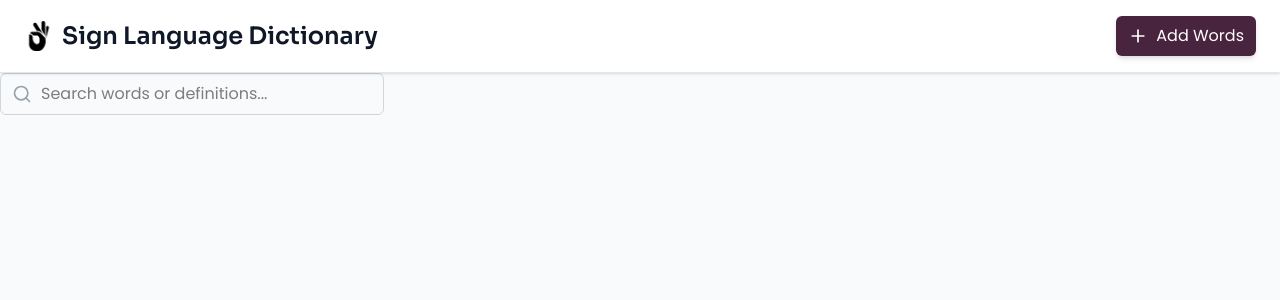
Repository: jabir12-12/sign-setu
Page: /
These files come from the project's save history. The page is drawn as it stood at one moment and after the next save; the edit follows.
The browser window is 1280 px wide. The pictures show the whole page.
The project was rebuilt for these pictures with package versions that can differ from the ones it lists, and the page was loaded fresh each time. The framework's server and built-in components were replaced by stand-ins that run in the browser. Also part of the build but not shown: next.config.ts.

Above is the page before, as saved 2025-05-27 16:18:21.

### app/page.tsx
'use client';
import React from 'react';
import Image from 'next/image';
import { Plus, Search } from 'lucide-react';

export default function StockDashboard() {
  return (
    <div className="bg-gray-50 min-h-screen flex flex-col">
      {/* Header */}
      <header className="sticky top-0 z-10 flex flex-wrap justify-between items-center px-4 md:px-6 py-3 md:py-4 bg-white border-b border-gray-200 shadow-sm">
        {/* Left: Logo & Title */}
        <div className="flex items-center space-x-2 mb-2 md:mb-0 justify-center">
          <Image
            src="/images/ok.png"
            alt="Logo icon"
            width={30}
            height={30}
          />
          <h1 className="text-gray-900 font-semibold text-lg md:text-2xl whitespace-nowrap">
            Sign Language Dictionary
          </h1>
        </div>

        {/* Right: Add Button */}
        <div className="flex items-center gap-2">
          <button className="bg-[#49243E] text-white px-3 py-2 rounded-full md:rounded-md flex items-center justify-center hover:bg-[#704264] transition-colors duration-200 shadow-md hover:shadow-md">
            <Plus className="w-5 h-5" />
            <span className="hidden md:inline ml-2">Add Words</span>
          </button>
        </div>
      </header>
      {/* Main content */}
      <div className="relative w-full max-w-sm">
        <span className="absolute inset-y-0 left-0 pl-3 flex items-center text-gray-400">
          <Search className="w-5 h-5" />
        </span>
        <input
          type="text"
          placeholder="Search words or definitions..."
          className="w-full pl-10 pr-4 py-2 border border-gray-300 rounded-md focus:outline-none focus:ring-2 focus:ring-[#49243E] focus:border-[#49243E] hover:border-gray-400 transition-all duration-200"
        />
      </div>
    </div>
  );
}

### app/globals.css
@import url('https://fonts.googleapis.com/css2?family=Poppins:wght@400;500;600&family=Inter:wght@400;500;600&family=Sora:wght@400;500;600;700;800&display=swap');
@import url('https://fonts.googleapis.com/css2?family=Inter:wght@400;700&display=swap');

@import "tailwindcss";

body {
  background-color: #f7f8fb;
  margin: 0;
  padding: 0;
  font-family: 'Poppins', sans-serif;
  justify-content: center;
  align-items: center;
  height: 100vh;
}

.video-js .vjs-playback-rate {
  font-size: 10px;
  transform: translateY(12px);
  /* Moves the button down by 10px */

}

.heading .head {
  font-family: 'Sora', sans-serif;
  font-size: 24px;
  /* Example size */
  font-weight: 700;
}

/* Example for other headings if needed */
h1,
h2,
h3,
h4,
h5,
h6 {
  font-family: 'Sora', sans-serif;
}

h3 {
  font-size: 18px;
  font-weight: 600;
}

/* Ensure that other text elements use Poppins */
p,
span,
div {
  font-family: 'Poppins', sans-serif;
}

.button {
  outline: none;
}

/* Custom scrollbar styles */

::-webkit-scrollbar {
  width: 7px;
  height: 7px;
}

::-webkit-scrollbar-thumb {
  background-color: rgba(234, 236, 240, 1);
  ;

  border-radius: 100px;
}

::-webkit-scrollbar-track {
  background: "white";

}

/* THIS IS FOR TEXT-EDITOR IN DISSCUSSION TAB --------------------------*/
.custom-quill .ql-container {
  border: none !important;
  /* Remove the border from the container */
}

.custom-quill .ql-editor {
  border: none !important;
  /* Ensure no border around the editor */
}

.custom-quill:focus {
  outline: none;
  /* Remove outline on focus */
}

.custom-quill .ql-editor {
  font-size: 16px;
  /* Set text size to 16px */
  font-family: 'Poppins', sans-serif;
  font-style: normal;
  /* Use the Poppins font */

}

.custom-quill .ql-editor:empty::before {

  /* Show placeholder */
  color: #667085;
  /* Placeholder color */
  font-family: 'Poppins', sans-serif;
  font-style: normal;
  /* Poppins font for placeholder */
  font-size: 16px;
  /* Placeholder size */
  position: absolute;
  /* Position it absolutely */
  left: 10px;
  /* Adjust according to your padding */
  top: 10px;
  /* Adjust according to your padding */
  pointer-events: none;
  /* Prevent interaction */
}

.custom-quill .ql-editor:focus::before {
  display: none;
  /* Hide placeholder on focus */
}

/* -------------------------------------------------- */
/* FOR TOOLTIP FOR TEST PAGE ONLY ->learn Tab */


.tooltipText {
  position: absolute;
  color: white;
  bottom: 125%;
  /* Position above the button */
  left: 50%;
  /* Center horizontally */
  transform: translateX(-50%);
  /* Adjust to center the tooltip */

  z-index: 3;
  background-color: #131313;
  box-shadow: 0 5px 10px rgba(0, 0, 0, 0.3);
  padding: 6px 14px;
  /* Padding inside the tooltip */
  width: 204px;
  /* Fixed width */
  height: auto;
  /* Hug content (height grows with content) */
  min-height: 78px;
  /* Minimum height */
  font-size: 15px;
  font-weight: 400;
  border-radius: 5px;
  white-space: normal;
  /* Allow text wrapping for longer content */
  opacity: 0;
  pointer-events: none;
  transition: all 0.4s ease;
}

.tooltip:hover .tooltipText {
  opacity: 1;
  pointer-events: auto;
  transform: translate(-50%, -10px);
  /* Move tooltip slightly up on hover */
}

.drawer-overlay {
  background-color: transparent !important;
  /* Makes the overlay transparent */
}

/* magic.module.css */
.customCheckbox input[type="checkbox"]:checked {
  background-color: #9012FF;
  border-color: #9012FF;
}

/* Add this to your global CSS file */
.ql-container .ql-editor img {
  cursor: pointer;
}

.image-resizer {
  border: 1px dashed #999;
  position: absolute;
}

.image-resizer .resize-handle {
  background-color: #fff;
  border: 1px solid #999;
  height: 8px;
  width: 8px;
  position: absolute;
}

.image-resizer .resize-handle.se {
  bottom: -5px;
  right: -5px;
  cursor: se-resize;
}

.image-resizer .resize-handle.sw {
  bottom: -5px;
  left: -5px;
  cursor: sw-resize;
}

.image-resizer .resize-handle.ne {
  top: -5px;
  right: -5px;
  cursor: ne-resize;
}

.image-resizer .resize-handle.nw {
  top: -5px;
  left: -5px;
  cursor: nw-resize;
}


@layer base {
  :root {
    --radius: 0.5rem;
    --chart-1: 12 76% 61%;
    --chart-2: 173 58% 39%;
    --chart-3: 197 37% 24%;
    --chart-4: 43 74% 66%;
    --chart-5: 27 87% 67%;
  }

  .dark {
    --chart-1: 220 70% 50%;
    --chart-2: 160 60% 45%;
    --chart-3: 30 80% 55%;
    --chart-4: 280 65% 60%;
    --chart-5: 340 75% 55%;
  }
}

Loaded but not shown: app/layout.tsx (common file)

After the next save:
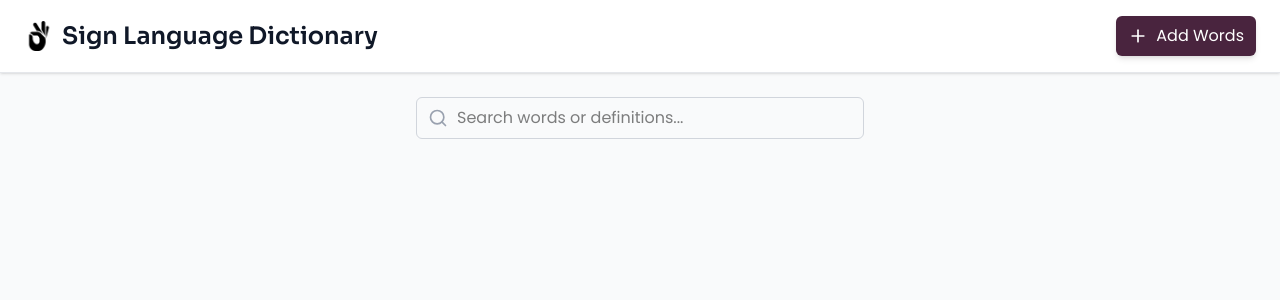
Saved 53 s later.
--- a/app/page.tsx
+++ b/app/page.tsx
@@ -29,16 +29,19 @@ export default function StockDashboard() {
           </button>
         </div>
       </header>
-      {/* Main content */}
-      <div className="relative w-full max-w-sm">
-        <span className="absolute inset-y-0 left-0 pl-3 flex items-center text-gray-400">
-          <Search className="w-5 h-5" />
-        </span>
-        <input
-          type="text"
-          placeholder="Search words or definitions..."
-          className="w-full pl-10 pr-4 py-2 border border-gray-300 rounded-md focus:outline-none focus:ring-2 focus:ring-[#49243E] focus:border-[#49243E] hover:border-gray-400 transition-all duration-200"
-        />
+
+      {/* Centered Search Bar */}
+      <div className="flex justify-center mt-6 px-4">
+        <div className="relative w-full max-w-md">
+          <span className="absolute inset-y-0 left-0 pl-3 flex items-center text-gray-400">
+            <Search className="w-5 h-5" />
+          </span>
+          <input
+            type="text"
+            placeholder="Search words or definitions..."
+            className="w-full pl-10 pr-4 py-2 border border-gray-300 rounded-md focus:outline-none focus:ring-2 focus:ring-[#49243E] focus:border-[#49243E] hover:border-gray-400 transition-all duration-200"
+          />
+        </div>
       </div>
     </div>
   );
